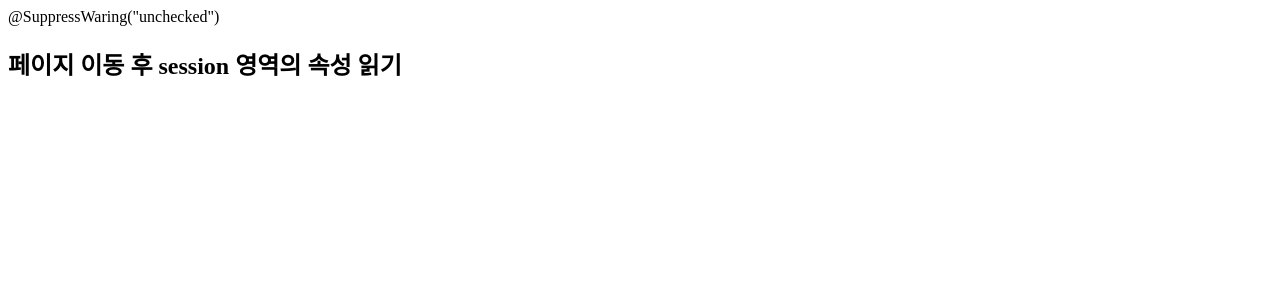
Repository: redi961/JSP_Studying
Page: http://localhost/MustHaveJSP/03_DTO/SessionLocation.jsp
An editor plug-in stored every save of this project. The page is shown before and after the next save, followed by the edit.
The browser window is 1280 px wide. The pictures show the whole page.
The page is served by Tomcat 9.

Above is the page before, as saved 2022-10-13 02:49:05.

After the next save:
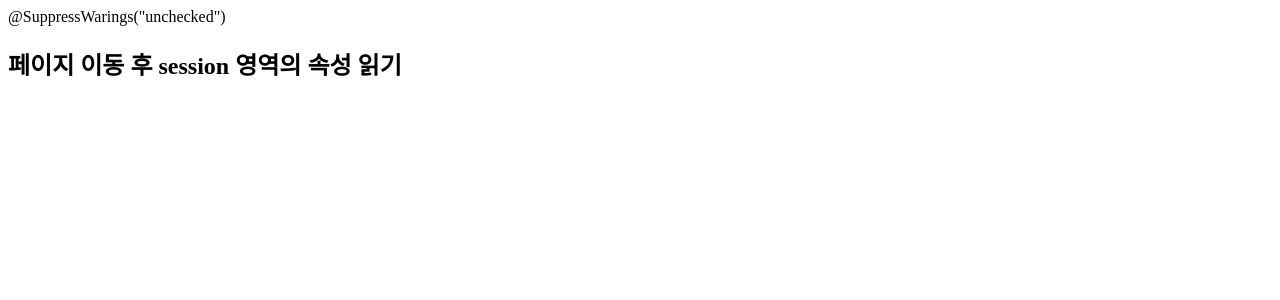
Saved 12 s later.
--- a/MustHaveJSP/src/main/webapp/03_DTO/SessionLocation.jsp
+++ b/MustHaveJSP/src/main/webapp/03_DTO/SessionLocation.jsp
@@ -1,7 +1,7 @@
 <%@ page import ="java.util.ArrayList" %>
 <%@ page language="java" contentType="text/html; charset=UTF-8"
     pageEncoding="UTF-8"%>
-    @SuppressWaring("unchecked")
+    @SuppressWarings("unchecked")
 <!DOCTYPE html>
 <html>
 <head><title>session 영역</title>
